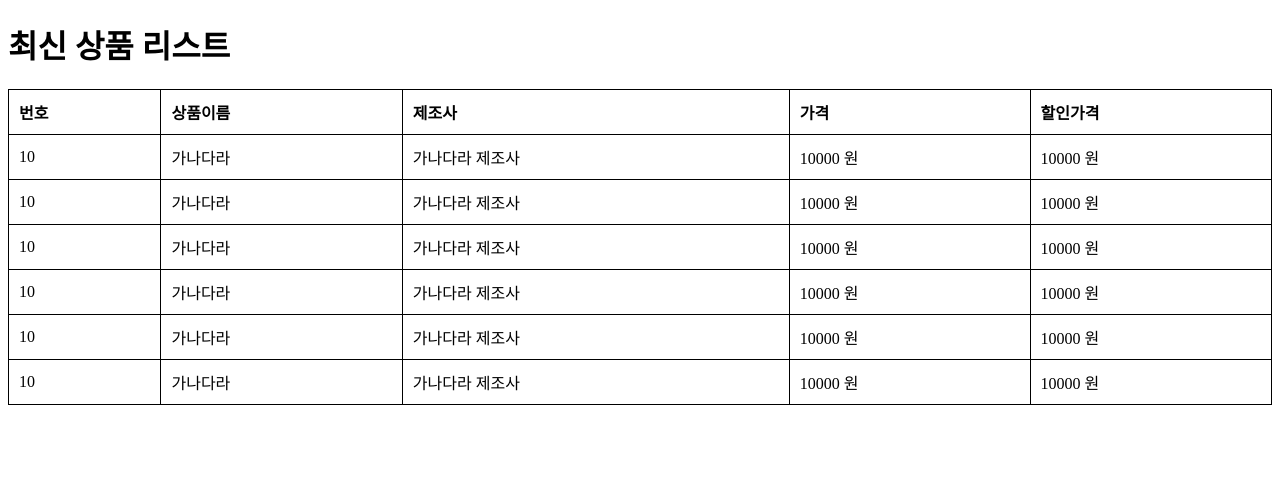
Repository: benpark0613/basic
Page: http://localhost/sample/product/list.jsp
An editor plug-in stored every save of this project. The page is shown before and after the next save, followed by the edit.
The browser window is 1280 px wide. The pictures show the whole page.
The page is served by Tomcat 9.

Above is the page before, as saved 2021-11-09 05:31:40.

After the next save:
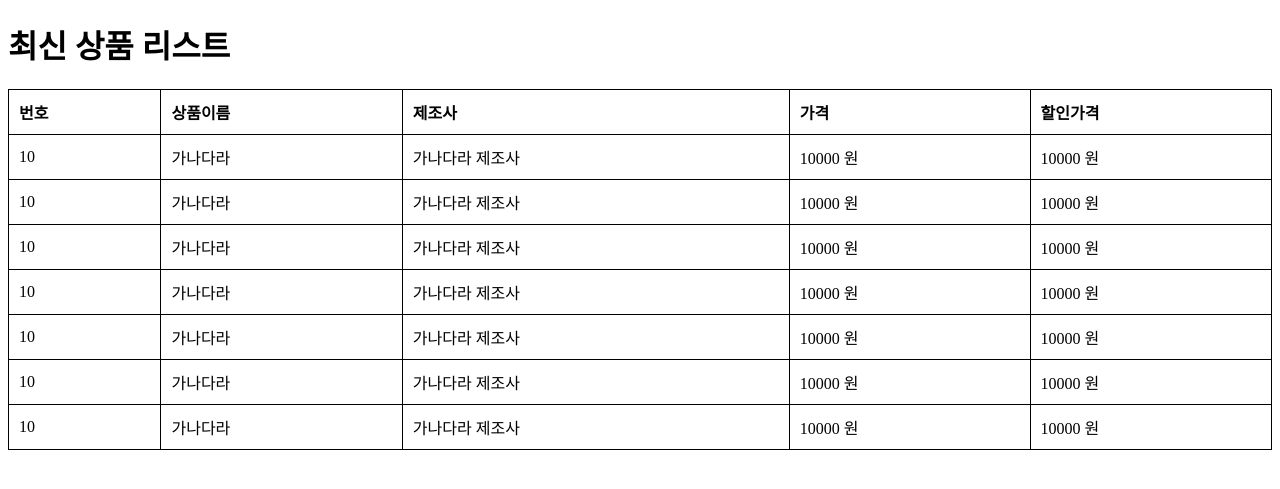
Saved 18 s later.
--- a/HR_app/sample/src/main/webapp/product/list.jsp
+++ b/HR_app/sample/src/main/webapp/product/list.jsp
@@ -72,6 +72,13 @@
 				<td>10000 원</td>
 				<td>10000 원</td>
 			</tr>
+			<tr>
+				<td>10</td>
+				<td>가나다라</td>
+				<td>가나다라 제조사</td>
+				<td>10000 원</td>
+				<td>10000 원</td>
+			</tr>
 		</tbody>
 	</table>
 </body>
